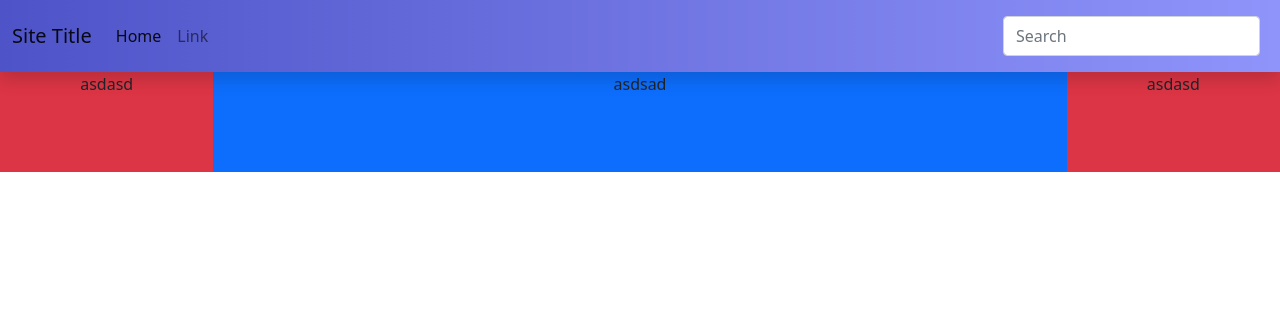
Repository: ttranhhoang/layoutBS
Page: layoutBS1/index.html
These files come from the project's save history. The page is drawn as it stood at one moment and after a run of saves; the edit follows.
The browser window is 1280 px wide. The pictures show the whole page.

Above is the page before, as saved 2022-04-24 18:16:47.

After the next 3 saves:
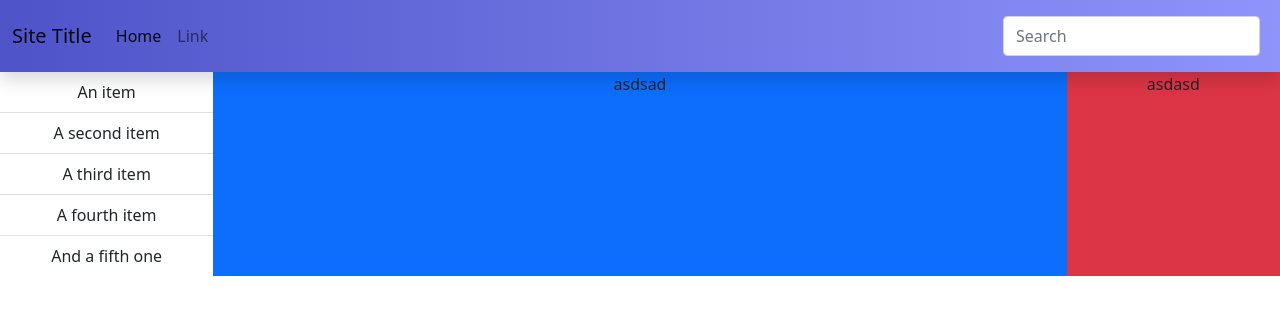
The 3 saves are shown as one change because they came seconds apart.
The last was saved 4 min 13 s later.
--- a/layoutBS1/index.html
+++ b/layoutBS1/index.html
@@ -29,12 +29,6 @@
           >
             <span class="navbar-toggler-icon"></span>
           </button>
-
-
-
-
-
-
 
           <div
             class="offcanvas offcanvas-end"
@@ -81,7 +75,15 @@
     <section>
       <div class="">
         <div class="row g-0">
-          <div class="col-md-2 text-center bg-danger">asdasd</div>
+          <div class="col-md-2 text-center bg-danger">
+            <ul class="list-group list-group-flush">
+              <li class="list-group-item">An item</li>
+              <li class="list-group-item">A second item</li>
+              <li class="list-group-item">A third item</li>
+              <li class="list-group-item">A fourth item</li>
+              <li class="list-group-item">And a fifth one</li>
+            </ul>
+          </div>
           <div class="col-md-8 text-center bg-primary">asdsad</div>
           <div class="col-md-2 text-center bg-danger">asdasd</div>
         </div>
